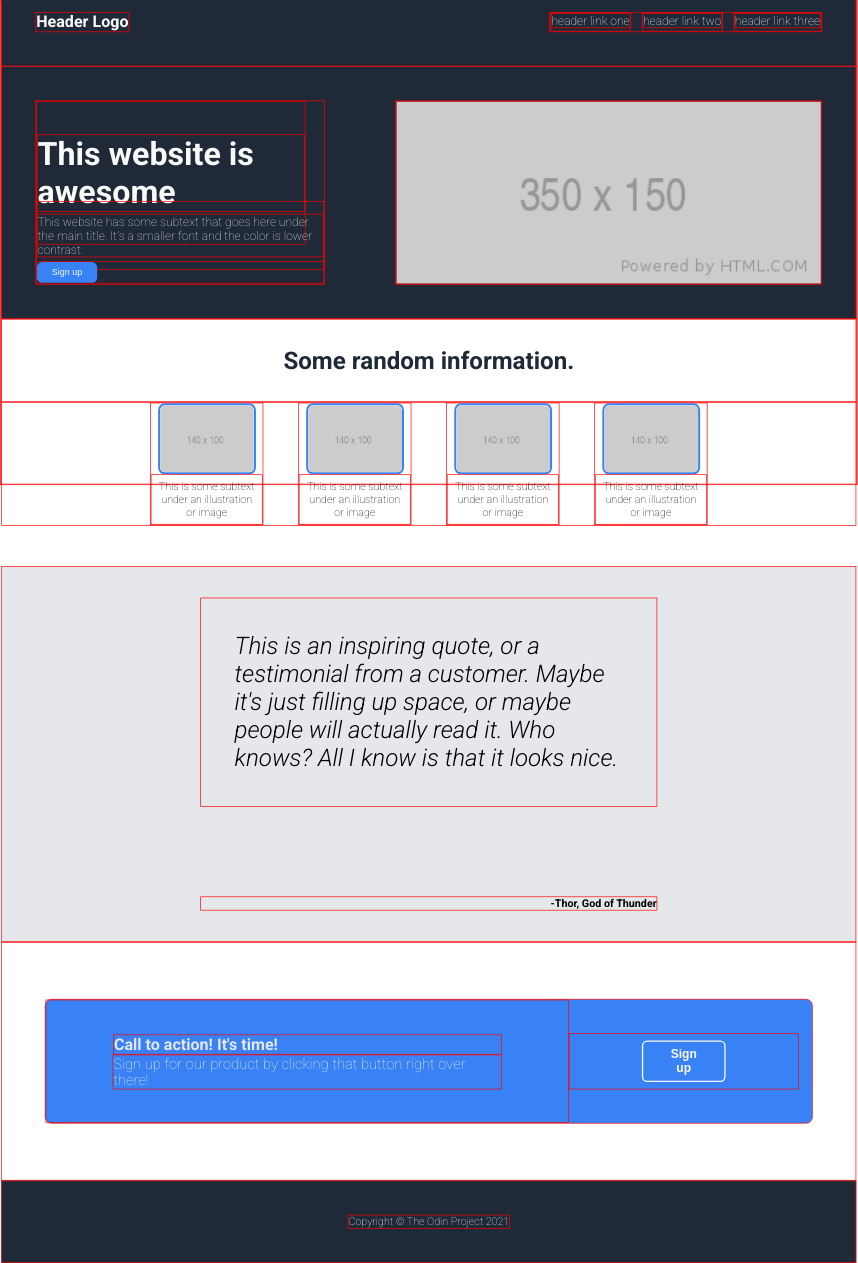
Repository: weazzyefff/The-Landing-Page
Page: index.html
The author's editor kept a copy of each file at every save. The page is drawn from the files as they stood at one save, then again after the next save.
The browser window is 1280 px wide. The pictures show the whole page, at 67% of full size.

Above is the page before, as saved 2022-11-01 19:41:50.
Not found: index.js

After the next save:
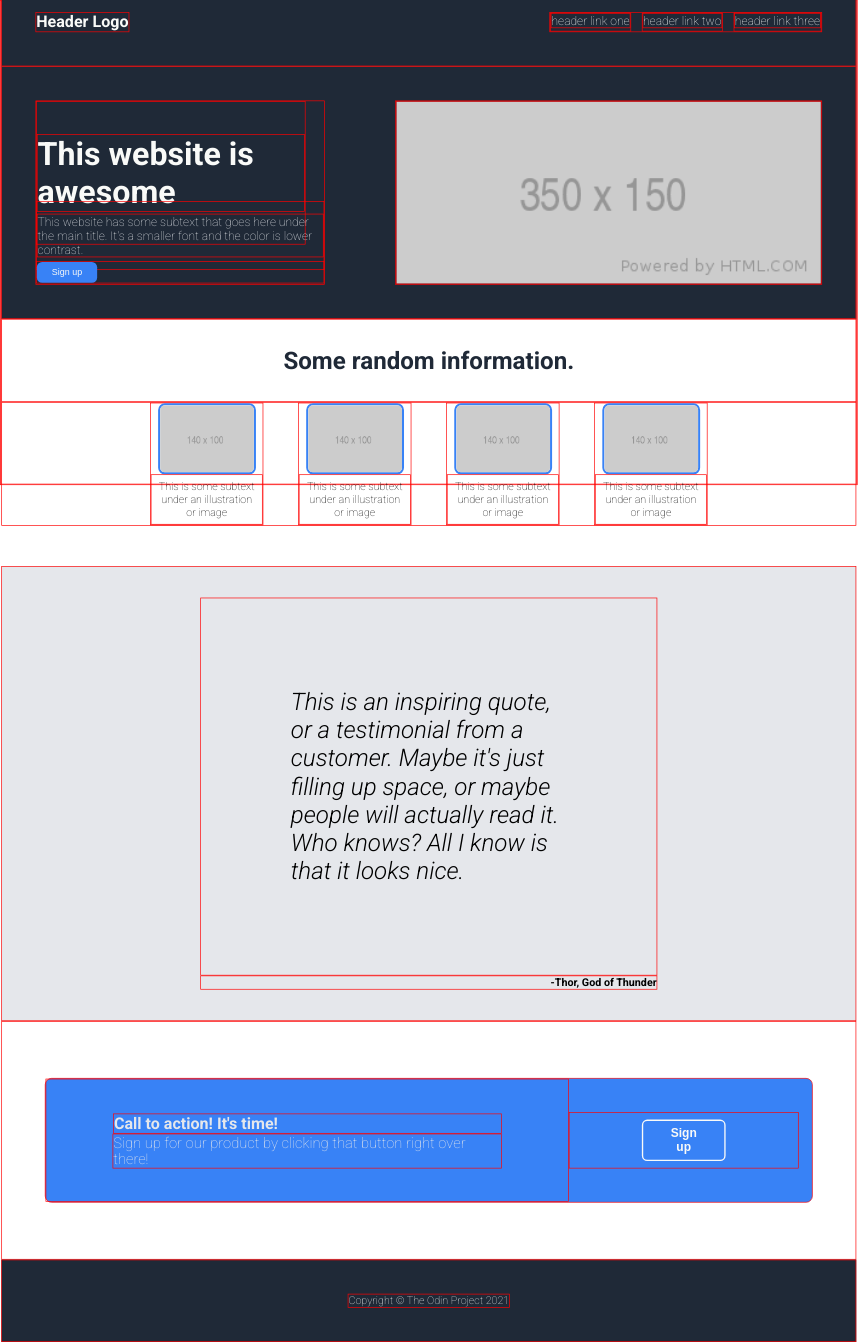
Saved 15 s later.
--- a/css/styles.css
+++ b/css/styles.css
@@ -156,11 +156,11 @@ ul {
 }
 
 .quote {
-    padding: 50px;
+    padding: 134px;
     font-size: 36px;
     font-style: italic;
     font-weight: 300;
-    margin-bottom: 134px;
+    margin-bottom: ;
 }
 
 .quotee {
